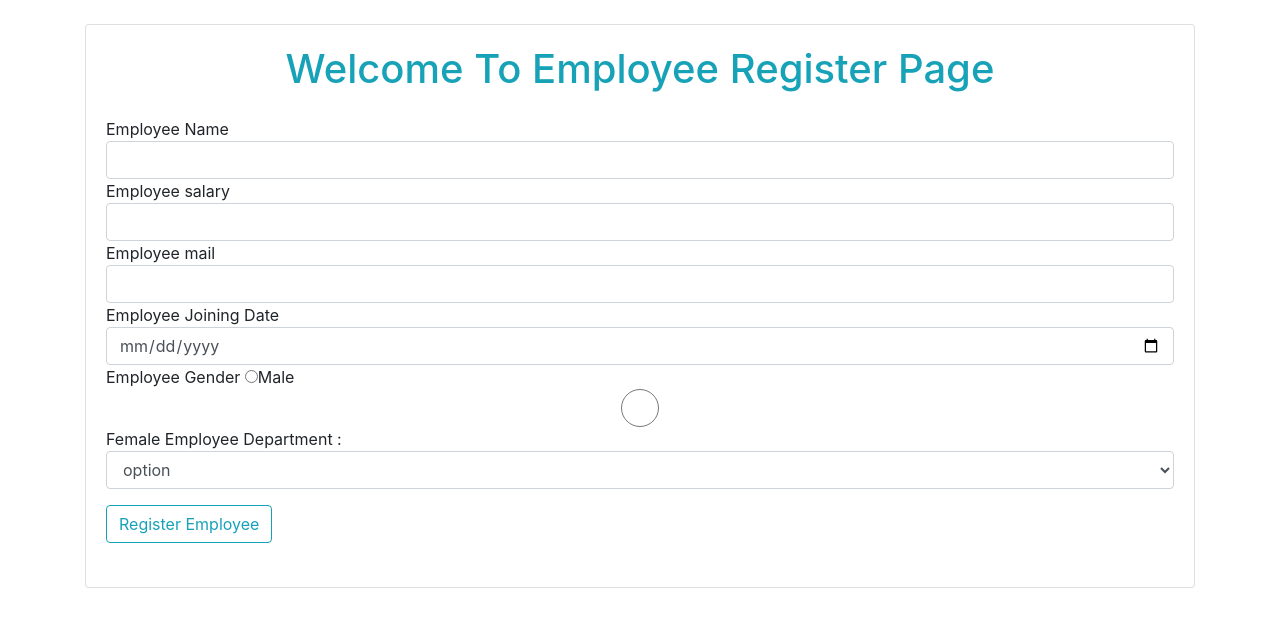
Repository: lokeshsukhwal/EmployeeMiniProject
Page: http://localhost/EmployeeRegister
An editor plug-in stored every save of this project. The page is shown before and after the next save, followed by the edit.
The browser window is 1280 px wide. The pictures show the whole page.
The page is this project's Thymeleaf template; nobody is signed in. The template is opened directly, without the code that normally fills it, so the values that code supplies are empty.

Above is the page before, as saved 2023-01-18 14:28:52.

After the next save:
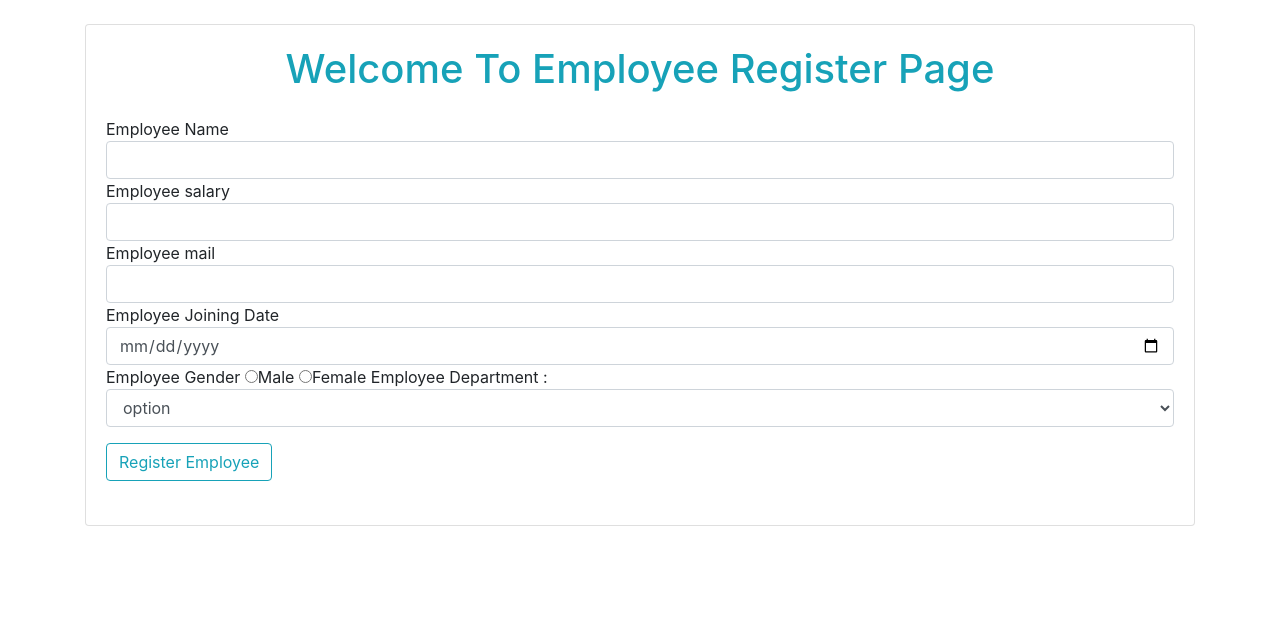
Saved 19 s later.
--- a/SpringBootMvc-ThymeleafMySqlCrudMiniProject/src/main/resources/templates/EmployeeRegister.html
+++ b/SpringBootMvc-ThymeleafMySqlCrudMiniProject/src/main/resources/templates/EmployeeRegister.html
@@ -18,7 +18,7 @@
 		    Employee mail <input type="email" name="empMail" class="form-control">
 		 Employee Joining Date <input type="date" name="empDoj" class="form-control">
  Employee Gender <input type="radio" name="empGender" value="male">Male
-  <input type="radio" name="empGender"class="form-control" value="female">Female
+  <input type="radio" name="empGender" value="female">Female
 		    Employee Department : <select name="department" class="form-control dropdown">
 									<option value="#">option</option>
 									<option value="dev">DEV</option>
